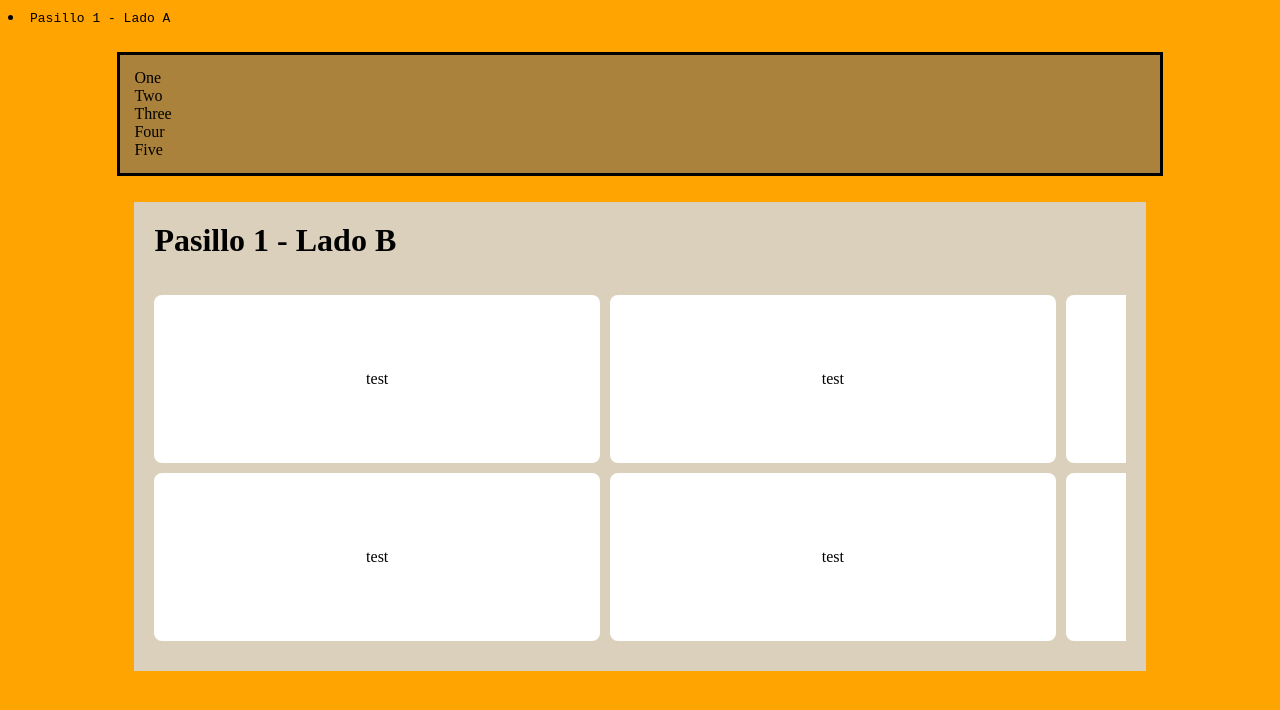
Repository: Franzcod/DepoStock_Web
Page: index.html
An editor plug-in stored every save of this project. The page is shown before and after the next save, followed by the edit.
The browser window is 1280 px wide. The pictures show the whole page.

Above is the page before, as saved 2020-06-07 02:30:45.
Console error: ReferenceError: ur is not defined

After the next save:
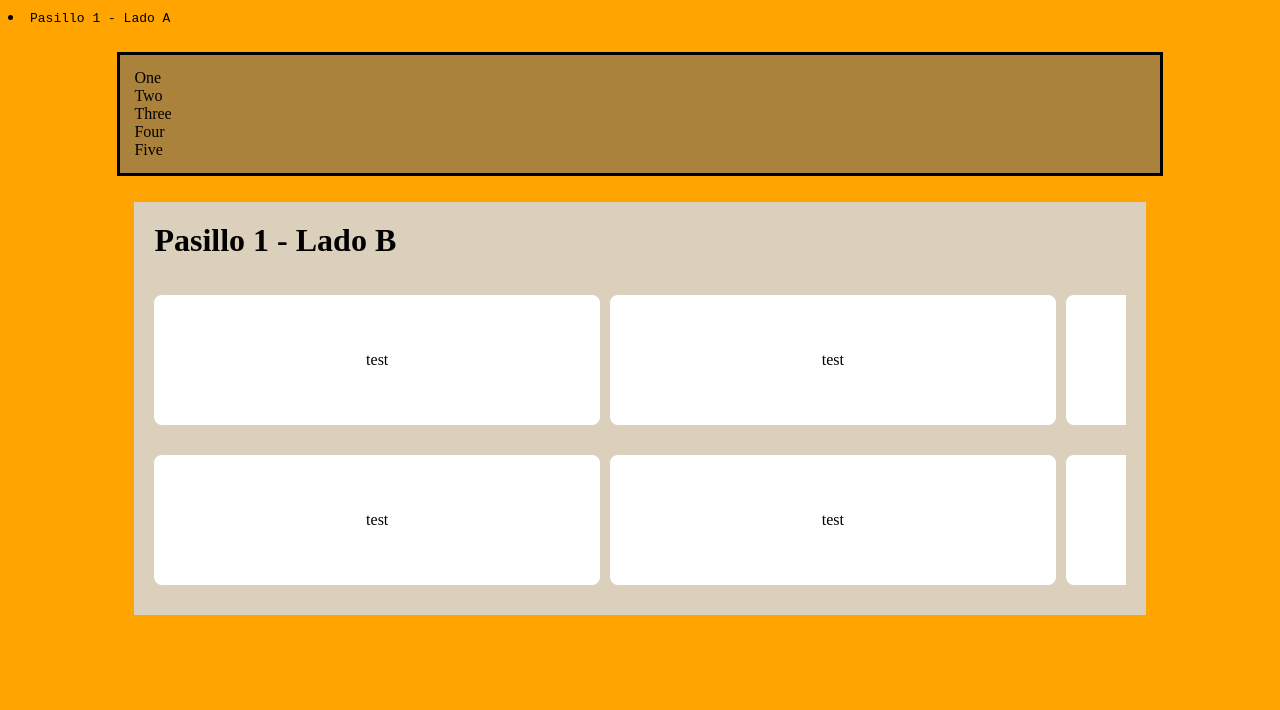
Saved 9 s later.
--- a/estilo/estilo.css
+++ b/estilo/estilo.css
@@ -77,5 +77,5 @@ justify-content: center;
 align-items: center;
 background: #fff;
 border-radius: 8px;
-height: 10vw;
+height: 7vw;
 }
